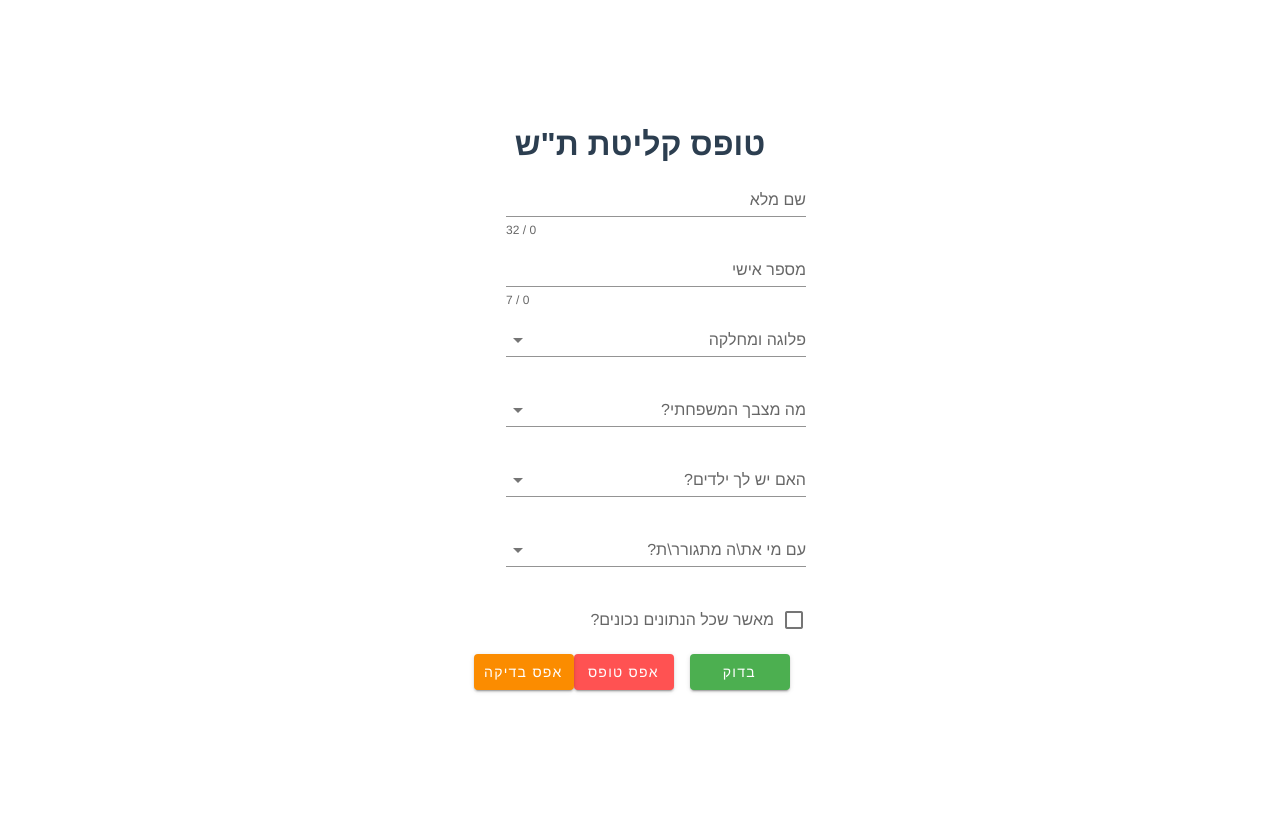
Repository: Natanhel/klitat-tash
Page: /
The author's editor kept a copy of each file at every save. The page is drawn from the files as they stood at one save, then again after the next save.
The browser window is 1280 px wide. The pictures show the whole page.
The page's requests for data from a server got no answer. The project was rebuilt for these pictures with package versions that can differ from the ones it lists, and the page was loaded fresh each time. No one was signed in, and anything a server would have sent is missing. Also part of the build but not shown: vue.config.js.

Above is the page before, as saved 2020-12-01 17:11:45.

After the next save:
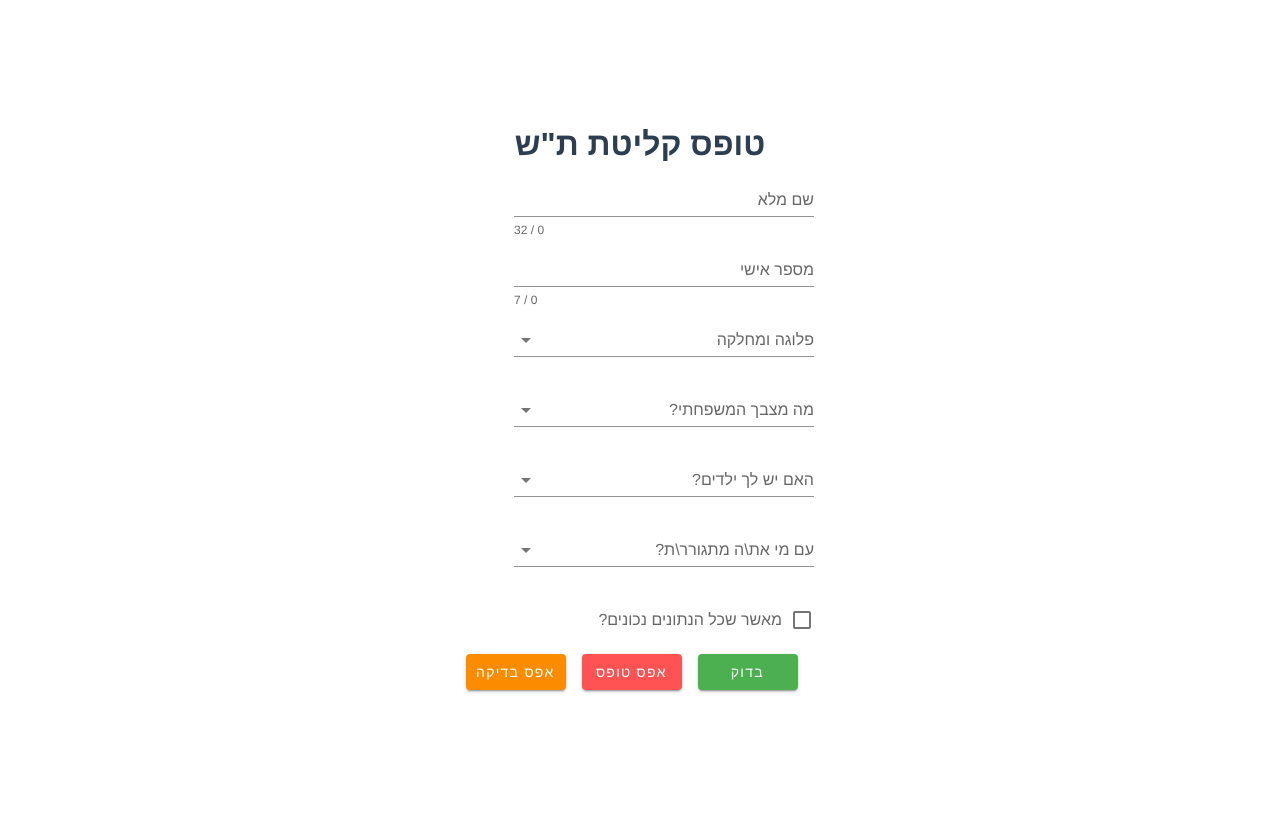
Saved 17 s later.
--- a/src/App.vue
+++ b/src/App.vue
@@ -85,6 +85,7 @@
 
         <v-btn
           color="warning"
+          class="mr-4"
           @click="resetValidation"
         >
           אפס בדיקה
